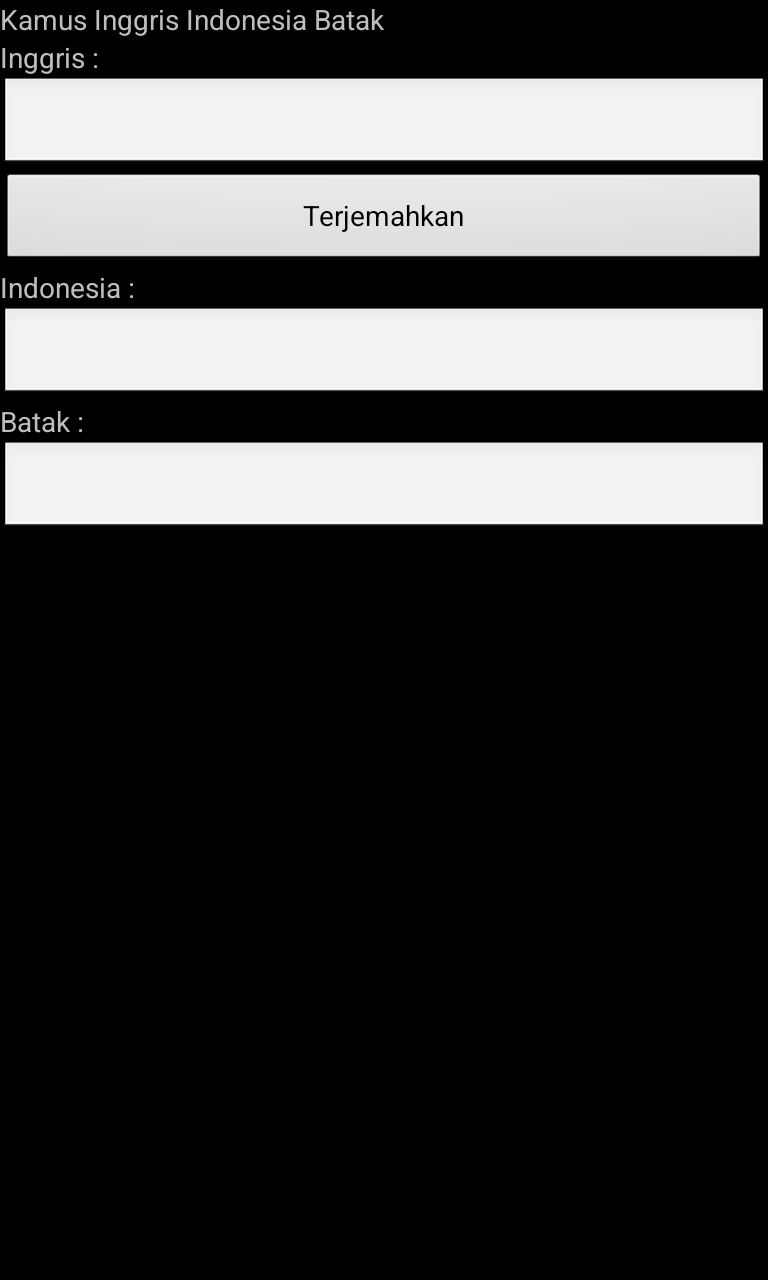
Repository: AndenWano/kamusbahasaindonesia
Layout: KamusKomputer/Kamus/res/layout/activity_show_kamus.xml
These files come from the project's save history. The layout is drawn as it stood at one moment and after the next save; the edit follows.
It is drawn on a 768 x 1280 px phone screen (xhdpi) without system bars, with theme android:Theme; the app's code is not run.

Above is the layout before, as saved 2014-12-21 09:46:17.

After the next save:
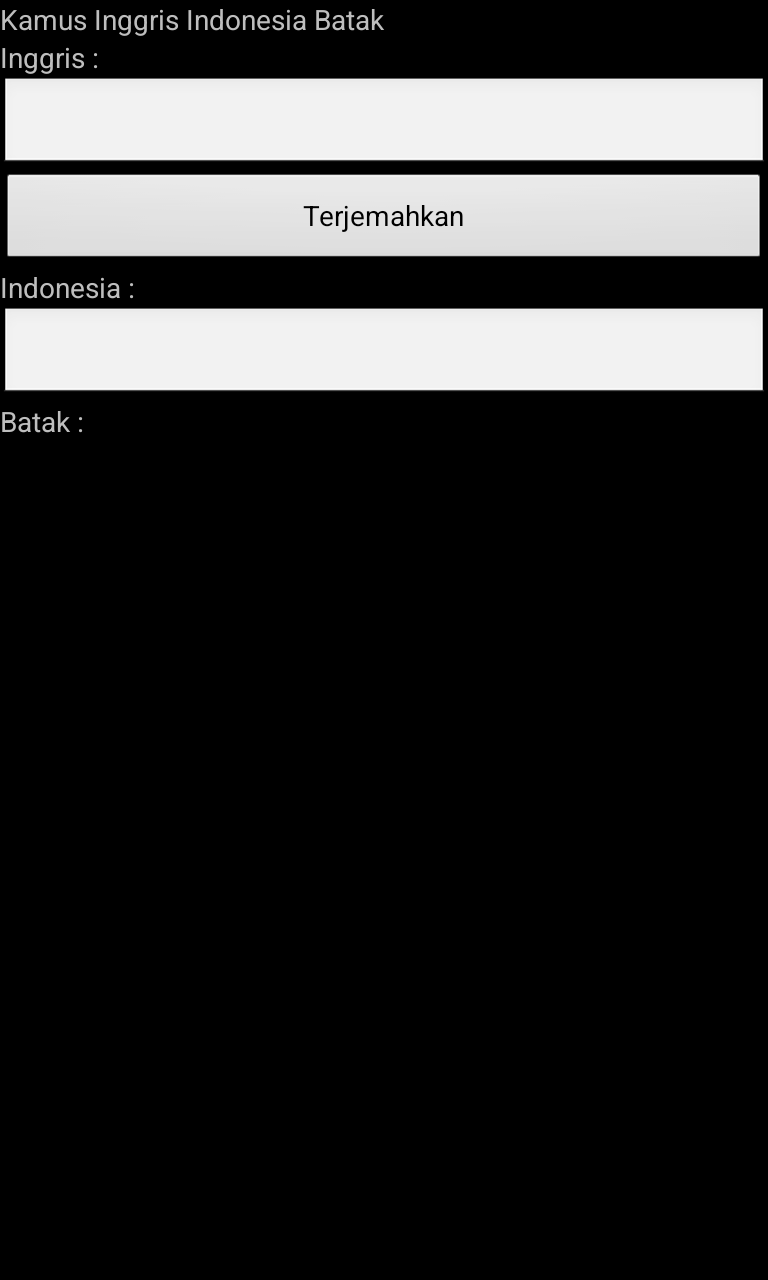
Saved 45 s later.
--- a/KamusKomputer/Kamus/res/layout/activity_show_kamus.xml
+++ b/KamusKomputer/Kamus/res/layout/activity_show_kamus.xml
@@ -48,11 +48,4 @@
 android:layout_width="wrap_content"
 android:layout_height="wrap_content"
 />
-<EditText
-android:text=""
-android:id="@+id/txtBatak"
-android:layout_width="fill_parent"
-android:layout_height="wrap_content"
-android:editable="false"
-/>
 </LinearLayout>

After the 6 saves that followed:
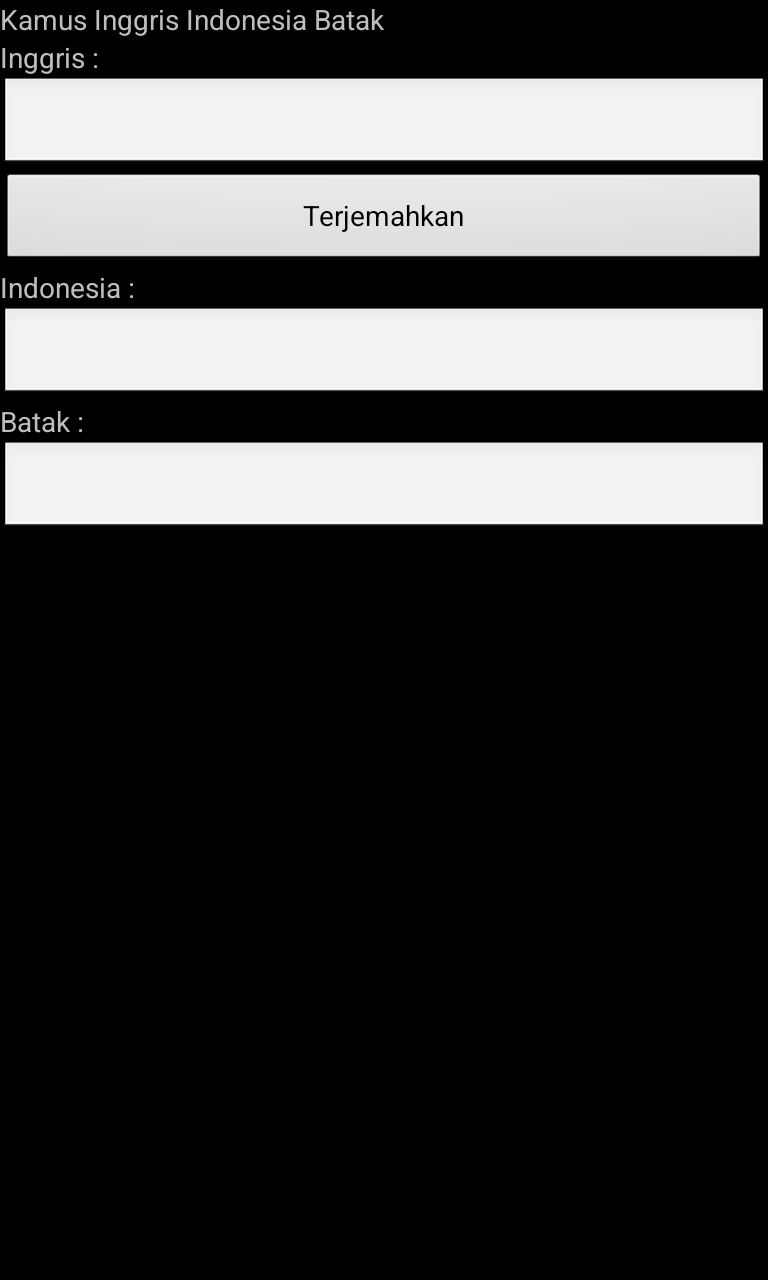
The 6 saves are shown as one change because 4 did not build or start and some came seconds apart.
The last was saved 2 min 41 s later.
--- a/KamusKomputer/Kamus/res/layout/activity_show_kamus.xml
+++ b/KamusKomputer/Kamus/res/layout/activity_show_kamus.xml
@@ -48,4 +48,11 @@
 android:layout_width="wrap_content"
 android:layout_height="wrap_content"
 />
+<EditText
+android:text=""
+android:id="@+id/txtBatak"
+android:layout_width="fill_parent"
+android:layout_height="wrap_content"
+android:editable="false"
+/>
 </LinearLayout>
